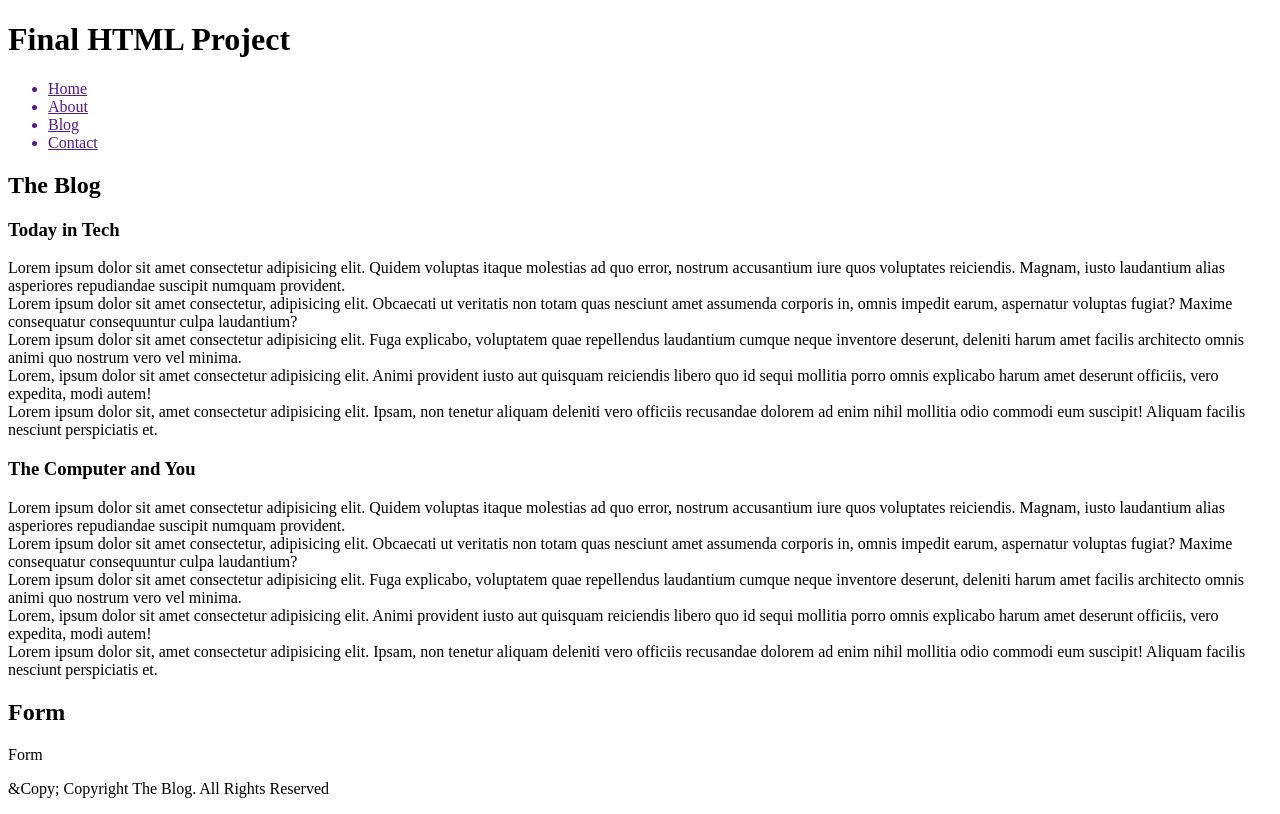
Repository: kmasih/finalHTMLProject
Page: index.HTML
An editor plug-in stored every save of this project. The page is shown before and after the next save, followed by the edit.
The browser window is 1280 px wide. The pictures show the whole page.

Above is the page before, as saved 2018-05-28 01:57:43.

### index.HTML
<!DOCTYPE html>
<html lang="en">

<head>
    <meta charset="UTF-8">
    <title>Final HTML Project</title>
</head>

<body>
    <!--
        Final HTML Project Requirements
        - Use Semantic HTML
        - Create a blog about any topic, I've used tech
        - Include a header
        - Include a nav with links
        - A blog section with two article each article having a h3 heading, again remembering to use semantic HTML
        - Include another section with u form featuring a username, email and submit button
        - A third section that is an image gallery with at least two images
        - And a footer with copyright
    -->


    <!--Header section of the page-->
    <header>
        <h1>Final HTML Project</h1>
    </header>

    <nav>
        <ul>
            <a href="">
                <li>Home</li>
            </a>
            <a href="">
                <li>About</li>
            </a>
            <a href="">
                <li>Blog</li>
            </a>
            <a href="">
                <li>Contact</li>
            </a>
        </ul>
    </nav>

    <!--End of section of the page-->

    <!--Blog post section-->

    <section>
        <h2>The Blog</h2>
        <article>
            <h3>Today in Tech</h3>

            <p>
                Lorem ipsum dolor sit amet consectetur adipisicing elit. Quidem voluptas itaque molestias ad quo error, nostrum accusantium iure quos voluptates reiciendis. Magnam, iusto laudantium alias asperiores repudiandae suscipit numquam provident.<br>                Lorem ipsum dolor sit amet consectetur, adipisicing elit. Obcaecati ut veritatis non totam quas nesciunt amet assumenda corporis in, omnis impedit earum, aspernatur voluptas fugiat? Maxime consequatur consequuntur culpa laudantium?<br>                Lorem ipsum dolor sit amet consectetur adipisicing elit. Fuga explicabo, voluptatem quae repellendus laudantium cumque neque inventore deserunt, deleniti harum amet facilis architecto omnis animi quo nostrum vero vel minima.<br> Lorem,
                ipsum dolor sit amet consectetur adipisicing elit. Animi provident iusto aut quisquam reiciendis libero quo id sequi mollitia porro omnis explicabo harum amet deserunt officiis, vero expedita, modi autem!<br> Lorem ipsum dolor sit, amet
                consectetur adipisicing elit. Ipsam, non tenetur aliquam deleniti vero officiis recusandae dolorem ad enim nihil mollitia odio commodi eum suscipit! Aliquam facilis nesciunt perspiciatis et.<br>

            </p>
        </article>


        <article>
            <h3>The Computer and You</h3>

            <p>
                Lorem ipsum dolor sit amet consectetur adipisicing elit. Quidem voluptas itaque molestias ad quo error, nostrum accusantium iure quos voluptates reiciendis. Magnam, iusto laudantium alias asperiores repudiandae suscipit numquam provident.
                <br> Lorem ipsum dolor sit amet consectetur, adipisicing elit. Obcaecati ut veritatis non totam quas nesciunt amet assumenda corporis in, omnis impedit earum, aspernatur voluptas fugiat? Maxime consequatur consequuntur culpa laudantium?
                <br> Lorem ipsum dolor sit amet consectetur adipisicing elit. Fuga explicabo, voluptatem quae repellendus laudantium cumque neque inventore deserunt, deleniti harum amet facilis architecto omnis animi quo nostrum vero vel minima.
                <br> Lorem, ipsum dolor sit amet consectetur adipisicing elit. Animi provident iusto aut quisquam reiciendis libero quo id sequi mollitia porro omnis explicabo harum amet deserunt officiis, vero expedita, modi autem!
                <br> Lorem ipsum dolor sit, amet consectetur adipisicing elit. Ipsam, non tenetur aliquam deleniti vero officiis recusandae dolorem ad enim nihil mollitia odio commodi eum suscipit! Aliquam facilis nesciunt perspiciatis et.
                <br>

            </p>
        </article>
    </section>



    <section>
        <h2>Form</h2>
        <form action="0">
            <lable>Form</lable>

        </form>

    </section>

    <footer>
        <p> &Copy; Copyright The Blog. All Rights Reserved</p>
    </footer>
</body>

</html>

After the next save:
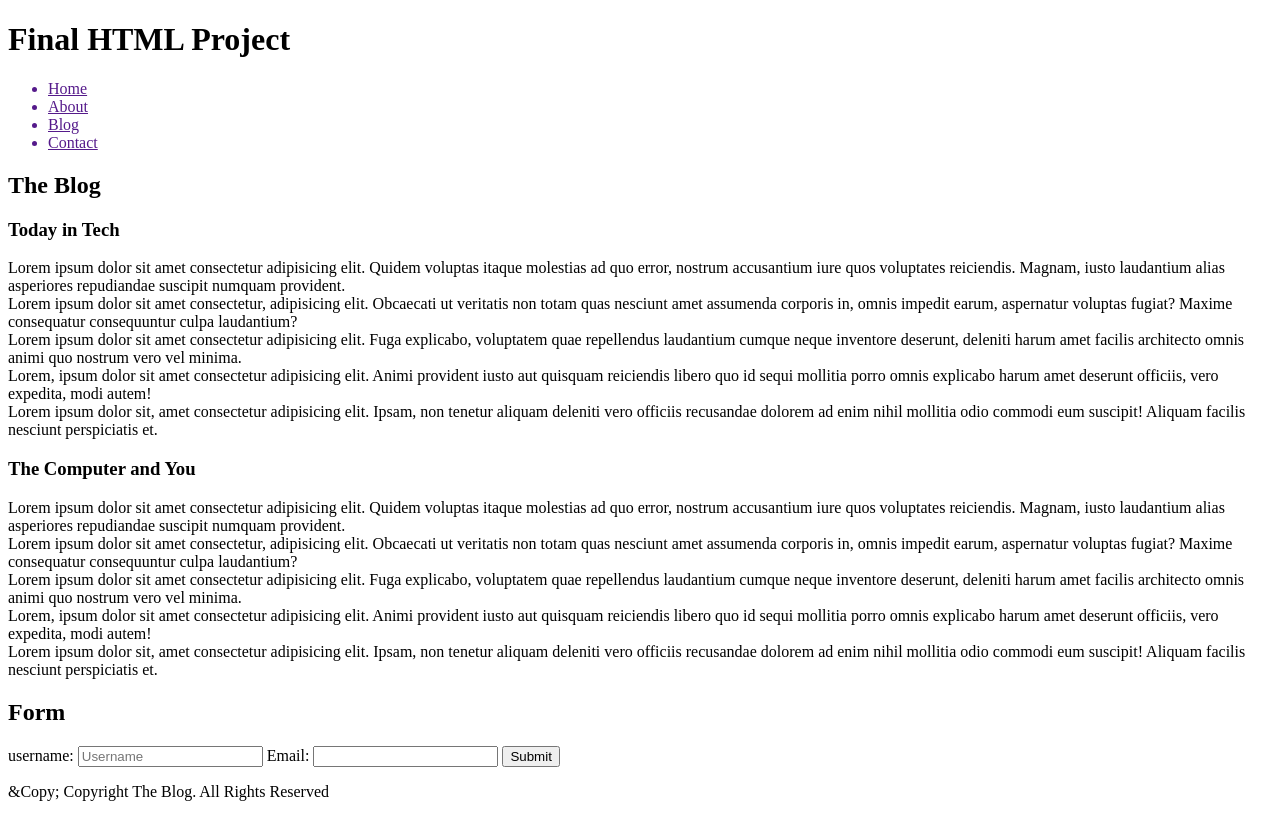
Saved 11 min 12 s later.
--- a/index.HTML
+++ b/index.HTML
@@ -80,8 +80,13 @@
     <section>
         <h2>Form</h2>
         <form action="0">
-            <lable>Form</lable>
+            <lable for="username">username:</lable>
+            <input type="text" placeholder="Username">
 
+            <lable for="email">Email:</lable>
+            <input type="text" placeholer="email@gmail.com">
+
+            <input type="submit" value="Submit">
         </form>
 
     </section>
